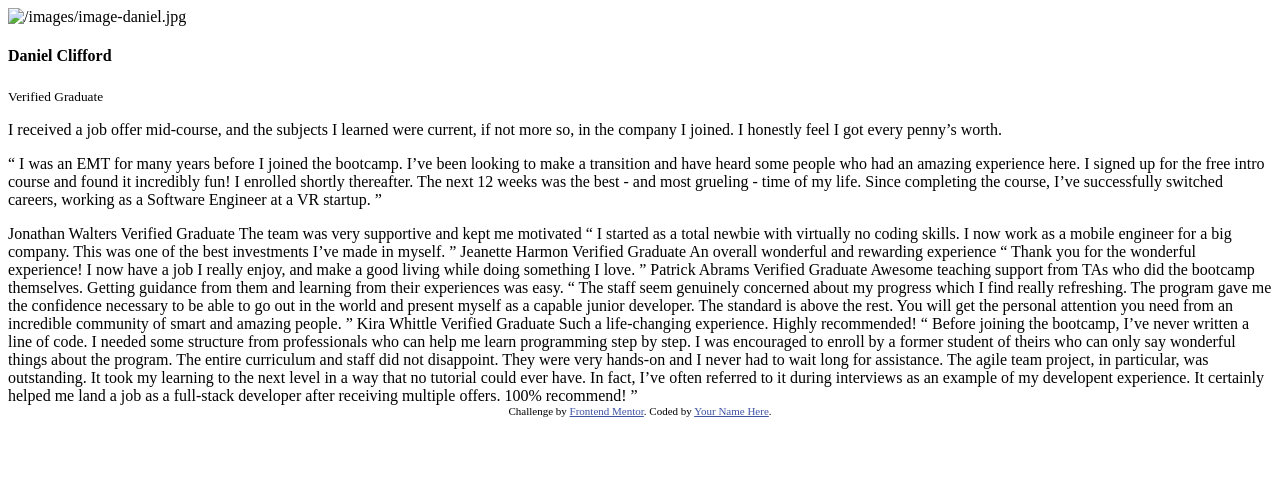
Repository: DejV44/testimonials_grid_section_main
Page: index.html
These files come from the project's save history. The page is drawn as it stood at one moment and after the next save; the edit follows.
The browser window is 1280 px wide. The pictures show the whole page.
The style sheet was rebuilt from its Sass, Less or Tailwind sources for each picture, by a compiler version that may differ from the author's.

Above is the page before, as saved 2021-07-13 21:13:18.

### index.html
<!DOCTYPE html>
<html lang="en">
<head>
  <meta charset="UTF-8">
  <meta name="viewport" content="width=device-width, initial-scale=1.0">
  <link rel="stylesheet" href="css/style.css">
  <link rel="icon" type="image/png" sizes="32x32" href="./images/favicon-32x32.png">

  <title>Frontend Mentor | Testimonials grid section</title>
</head>
<body>
  <div class="container">
    <div class="cards">
      <div class="image">
        <img src="#" alt="/images/image-daniel.jpg">
        <div>
          <h4>Daniel Clifford</h4>
          <small>Verified Graduate</small>
        </div>
      </div>
      <p>I received a job offer mid-course, and the subjects I learned were  current, if not more so,
  in the company I joined. I honestly feel I got every penny’s worth.</p>
      <p>“ I was an EMT for many years before I joined the bootcamp. I’ve been looking to make a
  transition and have heard some people who had an amazing experience here. I signed up
  for the free intro course and found it incredibly fun! I enrolled shortly thereafter.
  The next 12 weeks was the best - and most grueling - time of my life. Since completing
  the course, I’ve successfully switched careers, working as a Software Engineer at a VR startup. ”</p>
    </div>
  </div>







  Jonathan Walters
  Verified Graduate

  The team was very supportive and kept me motivated

  “ I started as a total newbie with virtually no coding skills. I now work as a mobile engineer
  for a big company. This was one of the best investments I’ve made in myself. ”

  Jeanette Harmon
  Verified Graduate

  An overall wonderful and rewarding experience

  “ Thank you for the wonderful experience! I now have a job I really enjoy, and make a good living
  while doing something I love. ”

  Patrick Abrams
  Verified Graduate

  Awesome teaching support from TAs who did the bootcamp themselves. Getting guidance from them and
  learning from their experiences was easy.

  “ The staff seem genuinely concerned about my progress which I find really refreshing. The program
  gave me the confidence necessary to be able to go out in the world and present myself as a capable
  junior developer. The standard is above the rest. You will get the personal attention you need from
  an incredible community of smart and amazing people. ”

  Kira Whittle
  Verified Graduate

  Such a life-changing experience. Highly recommended!

  “ Before joining the bootcamp, I’ve never written a line of code. I needed some structure from
  professionals who can help me learn programming step by step. I was encouraged to enroll by a former
  student of theirs who can only say wonderful things about the program. The entire curriculum and staff
  did not disappoint. They were very hands-on and I never had to wait long for assistance. The agile team
  project, in particular, was outstanding. It took my learning to the next level in a way that no tutorial
  could ever have. In fact, I’ve often referred to it during interviews as an example of my developent
  experience. It certainly helped me land a job as a full-stack developer after receiving multiple offers.
  100% recommend! ”

  <div class="attribution">
    Challenge by <a href="https://www.frontendmentor.io?ref=challenge" target="_blank">Frontend Mentor</a>.
    Coded by <a href="#">Your Name Here</a>.
  </div>
</body>
</html>

Loaded but not shown: css/style.scss (common file)

After the next save:
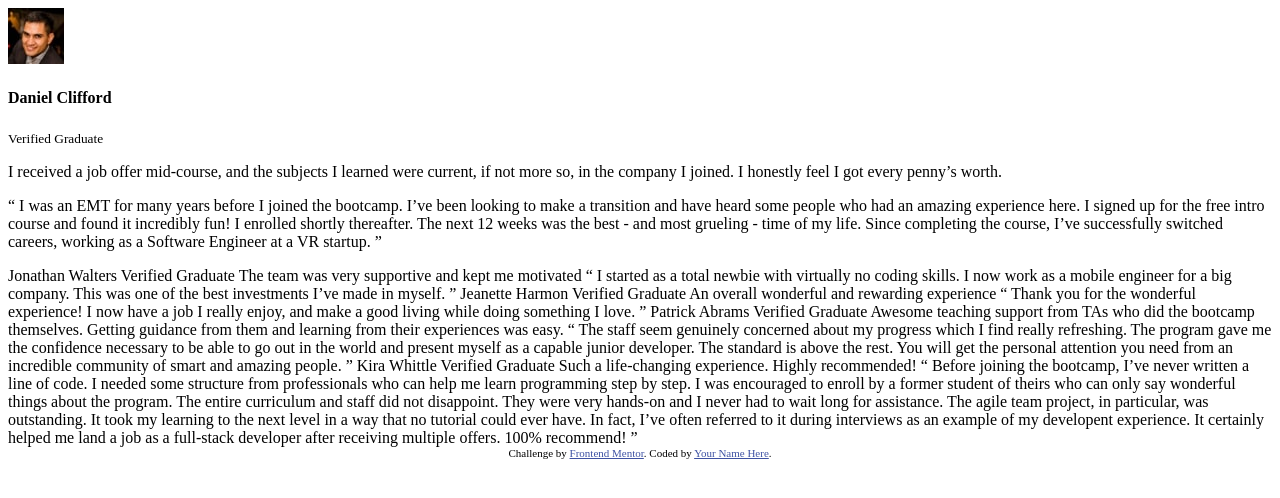
Saved 12 s later.
--- a/index.html
+++ b/index.html
@@ -12,7 +12,7 @@
   <div class="container">
     <div class="cards">
       <div class="image">
-        <img src="#" alt="/images/image-daniel.jpg">
+        <img src="./images/image-daniel.jpg" alt="/images/image-daniel.jpg">
         <div>
           <h4>Daniel Clifford</h4>
           <small>Verified Graduate</small>
